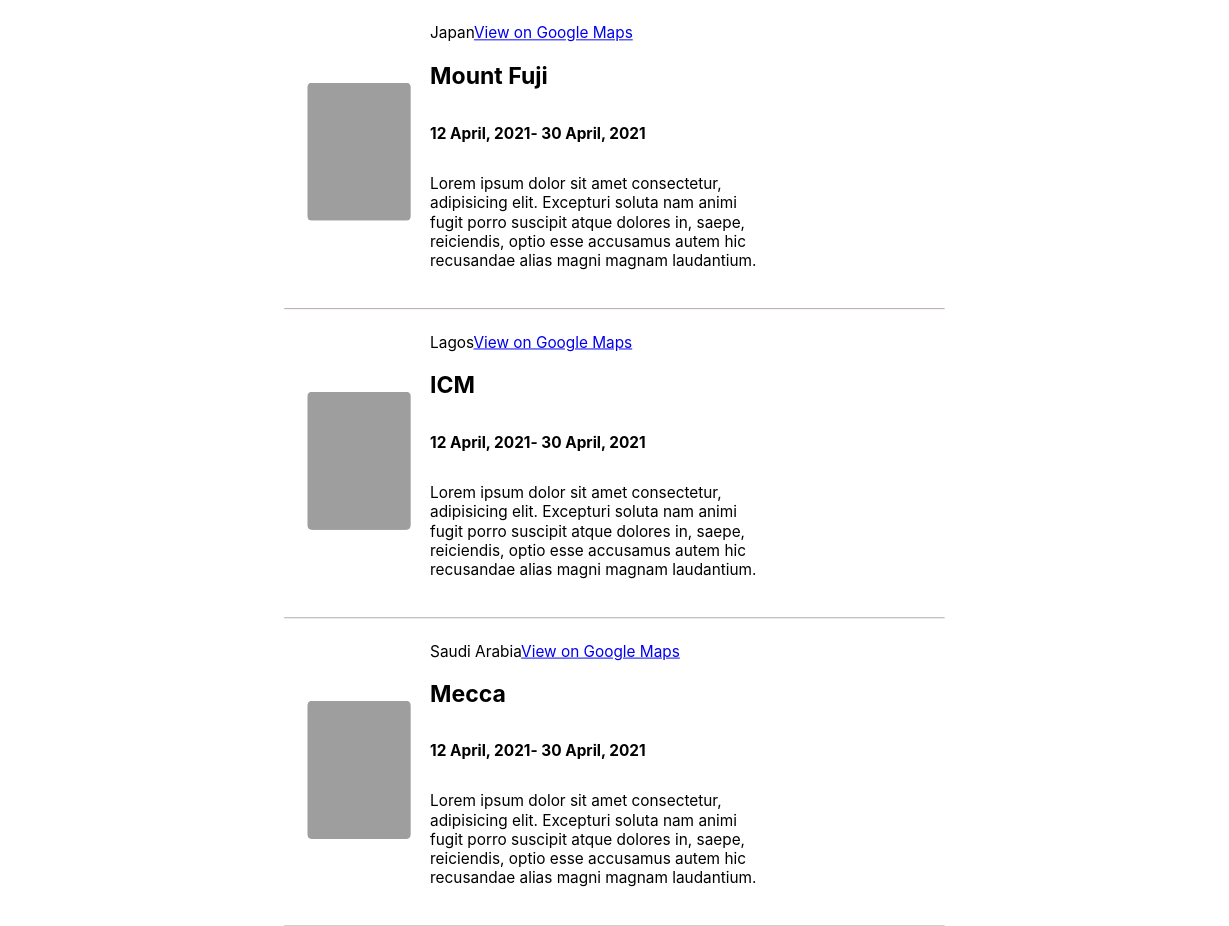
Repository: BuduCE/travel-journal
Page: /
An editor plug-in stored every save of this project. The page is shown before and after the next save, followed by the edit.
The browser window is 1280 px wide. The pictures show the whole page, at 96% of full size.
Pictures or frames that could not be fetched are drawn as grey boxes. The project was rebuilt for these pictures with package versions that can differ from the ones it lists, and the page was loaded fresh each time.

Above is the page before, as saved 2022-08-25 12:38:46.

### src/App.js
import './App.css';
import Home from './components/Home';
import Tour from './components/Tour';
import data from './data'

function App() {
  // Mapping through the data file
  const places = data.map(place => {
    return <Tour
              key = {place.id}
              {...place}
            />
  })

  return (
    <div className="App">
      {/* <Home /> */}
      {/* <Tour /> */}
      {places}
    </div>
  );
}

export default App;

### src/components/Tour/index.jsx
import './styles.css'
import camp from './camp.jpg'

const Tour = (props) => {
  return (
    <div className='Tour'>
      {/* Section 1 */}
      <div className="tour-img">
        {/* <img src={camp} alt="" /> */}
        <img src={props.image} alt="" />
      </div>

      {/* Section 2 */}
      <div className="tour-info">
        <div className="tour-loc">
          <img src="" alt="" />
          <span>{props.location}</span>
          <a href={props.googleMapsUrl}>View on Google Maps</a>
        </div>
        <h2>{props.title}</h2>
        <div className="tour-data">
          <p><b>{props.startDate}</b></p>
          <p><b>- {props.endDate}</b></p>
        </div>

        <p className='tour-desc'>
          Lorem ipsum dolor sit amet consectetur, adipisicing elit. Excepturi soluta nam animi fugit porro suscipit atque dolores in, saepe, reiciendis, optio esse accusamus autem hic recusandae alias magni magnam laudantium.
        </p>
      </div>

    </div>
  )
}

export default Tour

### src/data.js
export default [
    {
        id: 1,
        title: "Mount Fuji",
        location: "Japan",
        googleMapsUrl: "https://googlemaps",
        startDate: "12 April, 2021",
        endDate: "30 April, 2021",
        image: "https://images.unsplash.com/photo-1657214059212-104dac959c56?ixlib=rb-1.2.1&ixid=MnwxMjA3fDF8MHxzZWFyY2h8MXx8dHJhdmVsfGVufDB8fDB8fA%3D%3D&auto=format&fit=crop&w=500&q=60",
    },
    {
        id: 2,
        title: "ICM",
        location: "Lagos",
        googleMapsUrl: "https://googlemaps",
        startDate: "12 April, 2021",
        endDate: "30 April, 2021",
        image:"https://images.unsplash.com/photo-1527631746610-bca00a040d60?ixlib=rb-1.2.1&ixid=MnwxMjA3fDB8MHxzZWFyY2h8MTJ8fHRyYXZlbHxlbnwwfHwwfHw%3D&auto=format&fit=crop&w=500&q=60",
    },
    {
        id: 3,
        title: "Mecca",
        location: "Saudi Arabia",
        googleMapsUrl: "https://googlemaps",
        startDate: "12 April, 2021",
        endDate: "30 April, 2021",
        image:"https://images.unsplash.com/photo-1528543606781-2f6e6857f318?ixlib=rb-1.2.1&ixid=MnwxMjA3fDB8MHxzZWFyY2h8MTh8fHRyYXZlbHxlbnwwfHwwfHw%3D&auto=format&fit=crop&w=500&q=60",
    },
]

### src/components/Tour/styles.css
.Tour{
    width: 50%;
    margin: auto;
    display: grid;
    grid-template-columns: 1fr 4fr;
    padding: 24px;
    align-items: center;
    border-bottom: 1px solid #b3a7a7;
}
.tour-img{
    margin-right: 20px;
}
.tour-img > img{
    width: 100%;
    height: 20vh;
    border-radius: 5px;
}
.tour-data{
    display: flex;
}
.tour-desc{
    width: 70%;
}

### src/components/Home/index.jsx
import Tour from '../Tour'
import data from '../../data'
import './styles.css'

const Home = () => {


  return (
    <div>
      <section>
        <p>mytraveljournal.</p>
      </section>
      <section className='tour-list'>
        {/* {places} */}
      </section>
    </div>
  )
}

export default Home

### src/components/Home/styles.css
.tour-list{
    /* padding: 40px; */
}

Loaded but not shown: public/index.html (common file); src/index.js (common file); src/index.css (common file); src/reportWebVitals.js (common file); src/App.css (common file)

After the next save:
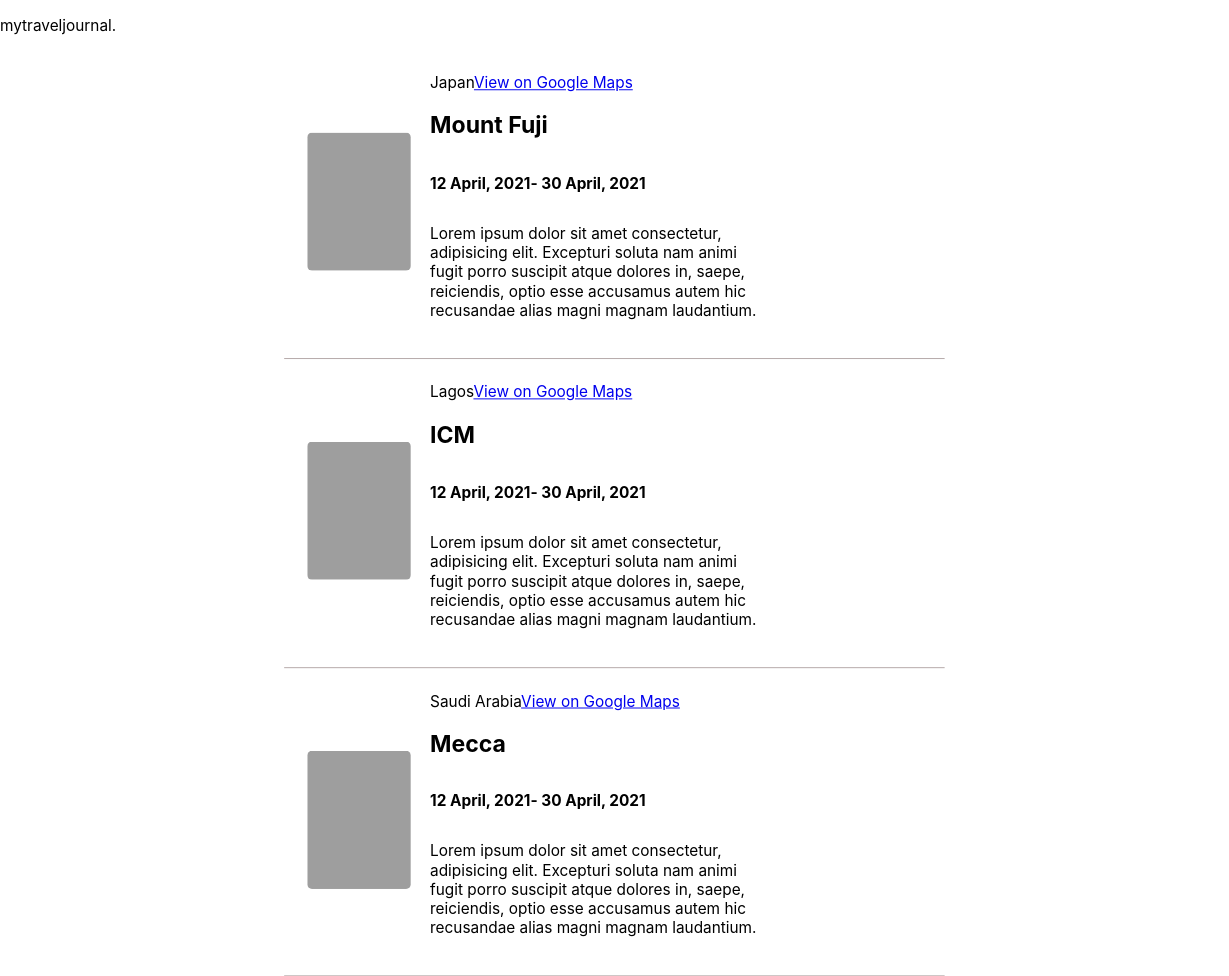
Saved 72 s later.
--- a/src/App.js
+++ b/src/App.js
@@ -14,7 +14,7 @@
 
   return (
     <div className="App">
-      {/* <Home /> */}
+      <Home />
       {/* <Tour /> */}
       {places}
     </div>
